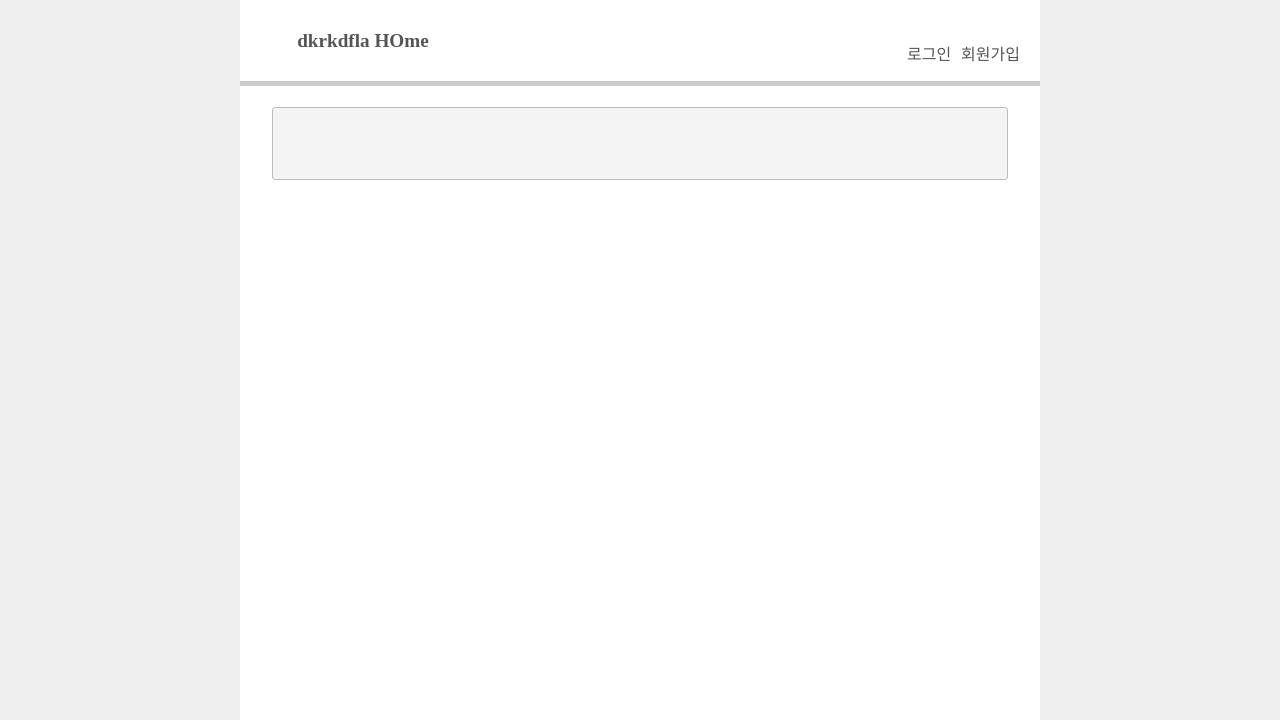
Repository: Dusajang/JSPClass
Page: http://localhost/jspPro/days01/ex02.jsp
An editor plug-in stored every save of this project. The page is shown before and after the next save, followed by the edit.
The browser window is 1280 px wide. The pictures show the whole page.
Some web fonts or font styles are not loaded; a fallback is used. The page is served by Tomcat 9. Other server files are loaded and not shown.

Above is the page before, as saved 2024-10-15 03:12:52.

### jspPro/src/main/webapp/days01/ex02.jsp
<%@ page contentType="text/html; charset=UTF-8" pageEncoding="UTF-8"%>
<!DOCTYPE html>
<html>
<head>
<meta charset="UTF-8">
<title>Insert title here</title>
<link rel="shortcut icon" type="image/x-icon" href="http://localhost/jspPro/images/SiSt.ico">
<script src="https://ajax.googleapis.com/ajax/libs/jquery/3.7.1/jquery.min.js"></script>
<meta name="viewport" content="width=device-width, initial-scale=1.0">
<meta name="google" content="notranslate">
<link rel="stylesheet" href="http://localhost/jspPro/resources/cdn-main/example.css">
<script src="http://localhost/jspPro/resources/cdn-main/example.js"></script>
<style>
 span.material-symbols-outlined{
    vertical-align: text-bottom;
 }
</style>
</head>
<body>
<header>
  <h1 class="main"><a href="#" style="position: absolute;top:30px;">dkrkdfla HOme</a></h1>
  <ul>
    <li><a href="#">로그인</a></li>
    <li><a href="#">회원가입</a></li>
  </ul>
</header>
<div>
  <xmp class="code">

  </xmp>
</div>
</body>
</html>

### jspPro/src/main/webapp/resources/cdn-main/example.css
@charset "UTF-8";

@import url('https://fonts.googleapis.com/css2?family=Material+Symbols+Outlined:opsz,wght,FILL,GRAD@20..48,100..700,0..1,-50..200');

@font-face {
    font-family: 'GmarketSansMedium';
    src: url('https://cdn.jsdelivr.net/gh/projectnoonnu/noonfonts_2001@1.1/GmarketSansMedium.woff') format('woff');
    font-weight: normal;
    font-style: normal;
}

:root {
	--text-color: #555;
	--sub-text-color: #777;
	--back-color: #EFEFEF;
	--header-color: #444;
	--primary-color: #DEDEDE;
	--secondary-color: #EFEFEF;
	--default-width: 800px;
	--narrow-width: 500px;
	--wide-width: 1200px;
	--text-font: 'GmarketSansMedium';
	--icon-font: 'Material Symbols Outlined';
	--border-color: #CCC;
}

html, body {
	margin: 0;
	padding: 0;
}

html {
	background-color: var(--back-color);
	display: flex;
	justify-content: center;
	min-height: 100vh;
}

body, body.default {
	width: var(--default-width);
	background-color: white;
	padding-bottom: 120px;
}

body.wide {
	width: var(--wide-width);
}

body.narrow {
	width: var(--narrow-width);
}



body, p, div, span, a, input, select, option, textarea, button, table, th, td, label, fieldset, legend {
	font-family: var(--text-font);
	color: var(--text-color);
}

h1, h2, h3 {
	font-family: var(--text-font);
	color: var(--header-color);
	padding: 0 1rem;
	padding-top: .5rem;
}

div > h1, div > h2, div > h3 {
	padding: 0;
}

body > div, body > main > div {
	padding: 0.3rem 1rem;
}


h1 { font-size: 2rem; border-bottom: 1px solid var(--border-color); }
h1 small { font-size: 1.2rem; color: var(--sub-text-color); }
h2 { font-size: 1.5rem; border-bottom: 1px dashed var(--border-color); }
h2 small { font-size: 1.1rem; color: --sub-text-color; }
h3 { font-size: 1.2rem; }
h3 small { font-size: 1rem; color: --sub-text-color; }



h1.main::before {
	font-family: var(--icon-font);
  	content: '\e666';
  	margin-right: 10px;
  	float: left;
	font-size: 2.5rem;
}

h1.sub::before {
	font-family: var(--icon-font);
  	content: '\ea19';
  	margin-right: 10px;
  	float: left;
	font-size: 2.5rem;
}


h1.page::before {
	font-family: var(--icon-font);
  	content: '\e0e0';
  	margin-right: 10px;
  	float: left;
	font-size: 2.5rem;
}

body > header > ul > li > .active{
	background-color: #FFF;
	color:#F00;
}

body > header {
	display: flex;
	justify-content: space-between;
	border-bottom: 5px solid var(--border-color);
	min-height: 74px;
	background-color: #FFF;
}

body > header.sticky {
	position: sticky;
	top: 0;
	z-index: 98;
}

body > header > h1 {
	font-size: 1.2rem;
	border: 0;
}

body > header.in > h1::before {
	font-family: var(--icon-font);
  	content: '\e332‥';
  	margin-right: 3px;
  	float: left;
	font-size: 2rem;
}


body > header > ul {
	list-style-type: none;
	display: flex;
	align-items: flex-end;
	margin-right: 10px;
}

body > header > ul > li {
	margin-right: 10px;
	cursor: pointer;
}

body > header > ul > li > a {
	cursor: pointer;
}


form {
	display: block;
}

form > div {
	padding: 0.3rem 1rem;
}

div > form > div {
	padding: 0.3rem 0;
}

input, textarea, button, select {
	border: 1px solid #BBB;
	border-radius: 3px;
	outline: none;
	resize: none;
	padding: 7px;
	margin: 0;
}

input[type=text]:read-only, textarea:read-only {
	cursor: not-allowed;
	background-color: #FFF;
}

input[type=text]:disabled, textarea:disabled {
	cursor: not-allowed;
	background-color: #EEE;
}

input[type=text], input[type=password], textarea, button, select {
	/* width: 300px; */
}

textarea {
	display: block;
	height: 100px;
}

input[type=button], input[type=submit], button {
	/* width: inherit; */
}

input.short, textarea.short, button.short, select.short {
	width: 100px;
}

input.long, textarea.long, button.long, select.long {
	width: 350px;
}

.narrow input.long, .narrow textarea.long, .narrow button.long, .narrow select.long {
	width: calc(100% - 20px);
}

input.full, textarea.full, button.full, select.full {
	width: calc(100% - 20px);
}

textarea.short {
	height: 50px;
}

textarea.long {
	height: 100px;
}

textarea.full {
	height: 200px;
}

input, textarea {
	padding-top: 8px;
}

input[type=button], input[type=submit], button {
	padding: 5px 10px;
	background-color: var(--secondary-color);
	cursor: pointer;
	min-height: 36px;
}

input[type=button].primary, input[type=submit].primary, button.primary {
	/* background-color: rgba(100, 149, 237, .2); */
	background-color: var(--primary-color);
}

input[type=button].primary:hover, input[type=submit].primary:hover, button.primary:hover {
	/* background-color: rgba(100, 149, 237, .3); */
	background-color: var(--secondary-color);
}

input[type=button]:hover, input[type=submit]:hover, button:hover {
	background-color: var(--primary-color);
}

button {
	position: relative;
	left: 0;
	top: 0;
	padding-left: 35px;
}

button .material-symbols-outlined {
	position: absolute;
	left: 10px;
	top: 4px;
}

/* k2nik add */
button.login::before {
	font-family: var(--icon-font);
  	content: '\ea77';
	position: absolute;
	left: 11px;
	top: 4px;
	font-size: 1.25rem;
}

/* k2nik logout */
button.logout::before {
	font-family: var(--icon-font);
  	content: '\e9ba';
	position: absolute;
	left: 11px;
	top: 4px;
	font-size: 1.25rem;
}

/* k2nik help */
button.help::before {
	font-family: var(--icon-font);
  	content: '\f1c0';
	position: absolute;
	left: 11px;
	top: 4px;
	font-size: 1.25rem;
}

button.add::before{
	font-family: var(--icon-font);
  	content: '\e746';
	position: absolute;
	left: 11px;
	top: 4px;
	font-size: 1.25rem;
}

button.back::before {
	font-family: var(--icon-font);
  	content: '\e166';
	position: absolute;
	left: 11px;
	top: 4px;
	font-size: 1.25rem;
}

button.list::before {
	font-family: var(--icon-font);
  	content: '\e0ee';
	position: absolute;
	left: 11px;
	top: 4px;
	font-size: 1.25rem;
}


button.del::before {
	font-family: var(--icon-font);
  	content: '\e872';
	position: absolute;
	left: 11px;
	top: 4px;
	font-size: 1.25rem;
}


button.edit::before {
	font-family: var(--icon-font);
  	content: '\e745';
	position: absolute;
	left: 11px;
	top: 4px;
	font-size: 1.25rem;
}


button.login::before {
	font-family: var(--icon-font);
  	content: '\ea77';
	position: absolute;
	left: 11px;
	top: 4px;
	font-size: 1.25rem;
}


button.logout::before {
	font-family: var(--icon-font);
  	content: '\e9ba';
	position: absolute;
	left: 11px;
	top: 4px;
	font-size: 1.25rem;
}


button.in::before {
	font-family: var(--icon-font);
  	content: '\f71a';
	position: absolute;
	left: 11px;
	top: 4px;
	font-size: 1.25rem;
}


button.out::before {
	font-family: var(--icon-font);
  	content: '\f70e';
	position: absolute;
	left: 11px;
	top: 4px;
	font-size: 1.25rem;
}


button.reply::before {
	font-family: var(--icon-font);
  	content: '\e15e';
	position: absolute;
	left: 11px;
	top: 4px;
	font-size: 1.25rem;
}


button.comment::before {
	font-family: var(--icon-font);
  	content: '\e0b9';
	position: absolute;
	left: 11px;
	top: 4px;
	font-size: 1.25rem;
}


button.modal::before {
	font-family: var(--icon-font);
  	content: '\e89e';
	position: absolute;
	left: 11px;
	top: 4px;
	font-size: 1.25rem;
}


button.ok::before {
	font-family: var(--icon-font);
  	content: '\e86c';
	position: absolute;
	left: 11px;
	top: 4px;
	font-size: 1.25rem;
}


button.cancel::before {
	font-family: var(--icon-font);
  	content: '\e5c9';
	position: absolute;
	left: 11px;
	top: 4px;
	font-size: 1.25rem;
}

button.search::before {
	font-family: var(--icon-font);
  	content: '\e8b6';
	position: absolute;
	left: 11px;
	top: 4px;
	font-size: 1.25rem;
}

button.home::before {
	font-family: var(--icon-font);
  	content: '\e88a';
	position: absolute;
	left: 11px;
	top: 4px;
	font-size: 1.25rem;
}


button.sidebar::before {
	font-family: var(--icon-font);
  	content: '\f7e4';
	position: absolute;
	left: 11px;
	top: 4px;
	font-size: 1.25rem;
}


button.sidebar-right::before {
	font-family: var(--icon-font);
  	content: '\f7e5';
	position: absolute;
	left: 11px;
	top: 4px;
	font-size: 1.25rem;
}




button::before {
	font-family: var(--icon-font);
  	content: '\e323';
	position: absolute;
	left: 11px;
	top: 4px;
	font-size: 1.25rem;
}


table {
	border-collapse: collapse;
	margin: 1rem;
	box-sizing: border-box;
	width: calc(100% - 32px);
}

table.content {
	width: auto;
}

div > table {
	margin: 0;
}

table th, table td {
	border: 1px solid var(--border-color);
	padding: 7px;
	font-weight: normal;
}

table th {
	background-color: var(--back-color);
}

table.vertical th {
	width: 150px;
}

table.vertical td {
	width: calc(100% - 182px);
	padding-left: 10px;
}

table.content td, table.content th {
	width: auto;
}

body.narrow table.vertical th {
	width: 100px;
}

body.narrow table.vertical td {
	width: calc(100% - 182px);
}


table + table {
	margin-top: 30px;
}


p {
	padding: 0 1rem;
}

a {
	text-decoration: none;
}

a:hover {
	color: rgba(255, 99, 71, .7);
}

hr {
	border: 0;
	border-top: 1px solid var(--border-color);
	margin: 2rem 0;
}

.message {
	border: 1px solid var(--border-color);
	background-color: #EFEFEF;
	margin: 1rem;
	width: auto;
	padding-top: 10px;
	padding-bottom: 10px;
	font-size: 14px;
}

.message[title]::before {
	content: attr(title);
	display: block;
	border-bottom: 1px solid var(--border-color);
	padding-bottom: 5px;
	margin-bottom: 10px;
	margin-top: 7px;
}

.message.short {
	max-width: 250px;
}

.message.long {
	max-width: 500px;
}

.badge {
	float: right;
	font-size: .8rem;
	margin-top: 2px;
	margin-right: 2px;
	text-shadow: 0 0 7px gray;
}

.badge.left {
	float: none;
	margin-left: 2px;
}

.badge.right {
	float: right;
}

.badge.red {
	border-radius: 50%;
	padding: 2px 5px;
	background-color: rgb(255, 99, 71, .3);
}

.badge.yellow {

	border-radius: 50%;
	padding: 2px 5px;
	background-color: rgb(255, 215, 0, .5);
}

.badge.blue {
	border-radius: 50%;
	padding: 2px 5px;
	background-color: rgb(100, 149, 237, .3);
}

label + label {
	margin-left: 7px;
}

label input[type=checkbox], label input[type=radio] {
	transform: translate(0, 1px);
}

.group {
	display: flex;
}

.modal-content .group {
	margin-bottom: .5rem;
}

.group label {
	border: 1px solid #BBB;
	border-radius: 3px;
	outline: none;
	resize: none;
	padding: 7px 14px;
	margin: 0;
	border-top-right-radius: 0;
	border-bottom-right-radius: 0;
	background-color: #EFEFEF;
	white-space: nowrap;
	font-size: 14px;
}

.group input[type=text] {
	margin-left: -1px;
	border-top-left-radius: 0;
	border-bottom-left-radius: 0;
}

.group select {
	margin-left: -1px;
	border-top-left-radius: 0;
	border-bottom-left-radius: 0;
}

.group input.full[type=text] {
	margin-left: -1px;
	border-top-left-radius: 0;
	border-bottom-left-radius: 0;
	width: 100%;
}

.group input[type=button]:first-child, .group button:first-child {
	border-top-left-radius: 3px;
	border-bottom-left-radius: 3px;
	margin-left: 0px;
}

.group input[type=button], .group button {
	border-radius: 0;
	margin-left: -1px;
}

.group input[type=button]:last-child, .group button:last-child {
	margin-left: -1px;
	border-top-right-radius: 3px;
	border-bottom-right-radius: 3px;
}

.seperate {
	display: flex;
	justify-content: space-between;
}

div.list {
	width: max-content;
	margin: 1rem;
	border: 1px solid #BBB;
	border-radius: 3px;
	padding: 0;
}

div.list.full {
	width: auto;
	display: block;
	margin: 1rem;
	border: 1px solid #BBB;
	border-radius: 3px;
	padding: 0;
}

div.list > div {
	padding: .5rem 1rem;
	margin: 0;
	border-bottom: 1px solid #BBB;
}

div.list > div:last-child {
	border-bottom: 0;
}

pre.code , xmp.code{
	font-family: consols;
	background-color: rgba(150, 150, 150, .1);
	border: 1px solid #BBB;
	border-radius: 3px;
	padding: .5rem 1rem;
	padding-bottom: .6rem;
	margin: 1rem;
}




*[data-modal-window] {
	position: fixed;
	background-color: rgba(0, 0, 0, .3);
	left: 0;
	top: 0;
	display: none;
	justify-content: center;
	align-items: flex-start;
	width: 100%;
	min-height: 100vh;
	z-index: 100;
	opacity: 0;
	transition: 500ms all;
}

*[data-modal-window] .modal-container {
	border-radius: 5px;
	padding: 1rem;
	padding-bottom: .5rem;
	margin-top: -500px;
	opacity: 0;
	width: 500px;
	background-color: #FFF;
	margin-right: 2rem;
	transition: 500ms all;
}

*[data-modal-size=content] .modal-container {
	width: auto;
}

*[data-modal-size=narrow] .modal-container {
	width: 300px;
}

*[data-modal-size=wide] .modal-container {
	width: 760px;
}


*[data-modal-window] .modal-header {
	border-bottom: 1px solid var(--border-color);
	padding: 2px 5px;
}

*[data-modal-window] .modal-content {
	padding: 1rem 5px;
}

*[data-modal-window] .modal-content div:last-child {
	margin-top: 1rem;
	text-align: right;
}



*[data-sidebar-window] {
	position: fixed;
	background-color: #FFF;
	left: 0;
	top: 0;
	display: block;
	width: 300px;
	border-right: 1px solid var(--border-color);
	box-sizing: border-box;
	box-shadow: 0 0 3px var(--back-color);
	min-height: 100vh;
	z-index: 99;
	transform: translate(-300px, 0);
	transition-duration: 500ms;
	transition-property: transform;
}

*[data-sidebar-direction=right] {
	left: auto;
	right: 0;
	transform: translate(300px, 0);
	border-left: 1px solid var(--border-color);
}

*[data-sidebar-size=wide] {
	width: 500px;
	transform: translate(-500px, 0);
}

*[data-sidebar-window] .sidebar-title {
	border-bottom: 1px solid var(--border-color);
	margin-top: 20px;
	margin-bottom: 20px;
	padding-bottom: 5px;
	display: flex;
	justify-content: space-between;
}

*[data-sidebar-window] .sidebar-title span:last-child {
	cursor: pointer;
}


/* K2Nik pagination */
.center {
  text-align: center;
}

.pagination {
  display: inline-block;
}

.pagination a {
  color: black;
  float: left;
  padding: 3px 6px;
  text-decoration: none;
  transition: background-color .3s;
  border: 1px solid #ddd;
  margin: 0 3px;
}

.pagination a.active {
  background-color: #4CAF50;
  color: white;
  border: 1px solid #4CAF50;
}

.pagination a:hover:not(.active) {background-color: #ddd;}

### jspPro/src/main/webapp/resources/cdn-main/example.js

window.onload = () => {

    const list = document.querySelectorAll('input, textarea');

    list.forEach(item => {
        item.setAttribute('autocomplete', 'off');
    });


    const modal_btn_list = document.querySelectorAll('*[data-modal-button]');

    modal_btn_list.forEach(item => {
        item.onclick = function() {

            const name = this.dataset['modalButton'];
            const modal_window = document.querySelector('*[data-modal-window=' + name);

            const container = document.createElement('div');
            container.className = 'modal-container';



            const modal_header = document.createElement('div');
            modal_header.textContent = modal_window.dataset['modalTitle'];
            modal_header.className = 'modal-header';
            container.appendChild(modal_header);

            const modal_content = document.createElement('div');
            modal_content.className = 'modal-content';
            container.appendChild(modal_content);

            Array.from(modal_window.childNodes).forEach(item => {
                modal_content.appendChild(item);
            });

            modal_window.appendChild(container);

            modal_window.style.display = 'flex';

            setTimeout(() => {
                modal_window.style.opacity = 1;
                container.style.marginTop = '20px';
                container.style.opacity = 1;
            }, 50);


            const modal_ok = document.querySelector('*[data-modal-ok=' + name);
            modal_ok.addEventListener('click', function() {
                modal_window.style.opacity = 0;
                container.style.marginTop = '-500px';
                container.style.opacity = 0;

                setTimeout(() => {
                    modal_window.innerHTML = modal_content.innerHTML;
                    modal_window.style.display = 'none';
                }, 500);

            });

            const modal_cancel = document.querySelector('*[data-modal-cancel=' + name);
            modal_cancel.addEventListener('click', function() {

                modal_window.style.opacity = 0;
                container.style.marginTop = '-500px';
                container.style.opacity = 0;

                setTimeout(() => {
                    modal_window.innerHTML = modal_content.innerHTML;
                    modal_window.style.display = 'none';
                }, 500);
            });


        };
    });


    const sidebar_btn_list = document.querySelectorAll('*[data-sidebar-button]');

    sidebar_btn_list.forEach(item => {
        item.onclick = function() {



            const name = this.dataset['sidebarButton'];
            const sidebar_window = document.querySelector('*[data-sidebar-window=' + name);

            if (sidebar_window.style.transform == 'translate(0px, 0px)') return;



            sidebar_window.style.transform = 'translate(0, 0)';

            const sidebar_title = document.createElement('div');
            sidebar_title.className = 'sidebar-title';
            sidebar_title.innerHTML = '<span>' + sidebar_window.dataset['sidebarTitle'] + '</span><span class="material-symbols-outlined">close</span>';

            sidebar_title.children[1].onclick = function() {

                let sign = 1;
                let distance = 300;

                if (sidebar_window.dataset['sidebarDirection'] != 'right') {
                    sign = -1;
                } else {
                    sign = 1;
                }

                if (sidebar_window.dataset['sidebarSize'] != 'wide') {
                    distance = 300;
                } else {
                    distance = 500;
                }

                distance *= sign;

                sidebar_window.style.transform = 'translate(' + distance + 'px, 0)';

                setTimeout(function() {
                    sidebar_window.removeChild(sidebar_window.children[0]);
                }, 500);
            };


            sidebar_window.prepend(sidebar_title);

        }
    });

};

// window.onkeydown = function(event) {

//     if (event.keyCode == 27) {
//         if (document.querySelector('[data-modal-window').style.display == 'flex') {
//             document.querySelector('[data-modal-window').style.display = 'none';
//         }
//     }

// };

After the next save:
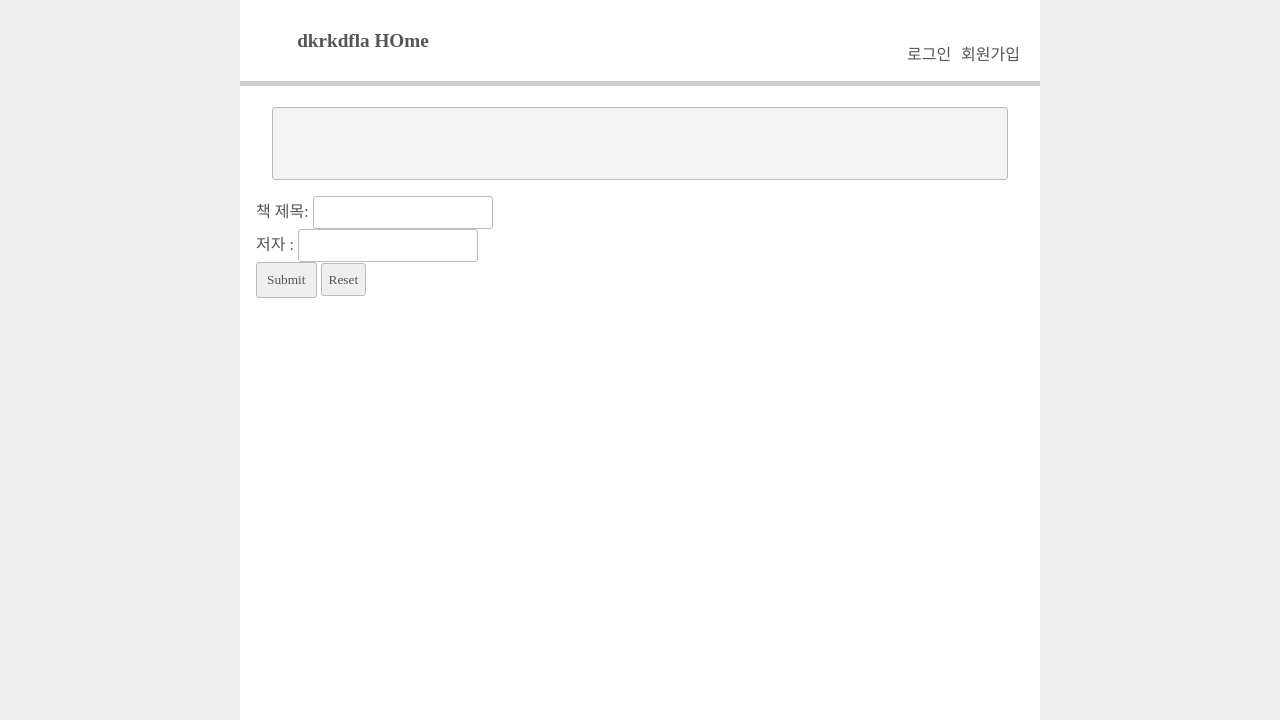
Saved 3 min 31 s later.
--- a/jspPro/src/main/webapp/days01/ex02.jsp
+++ b/jspPro/src/main/webapp/days01/ex02.jsp
@@ -28,6 +28,16 @@
   <xmp class="code">
 
   </xmp>
+
+  <form>
+  	책 제목: <input type="text" id="title" name="title" autofocus> <br>
+  	저자 : <input type="text" id="author"> <br>
+  	<!-- <button type="button">submit</button> -->
+  	<input type="submit">
+  	<input type="reset">
+  </form>
+
+
 </div>
 </body>
 </html>
